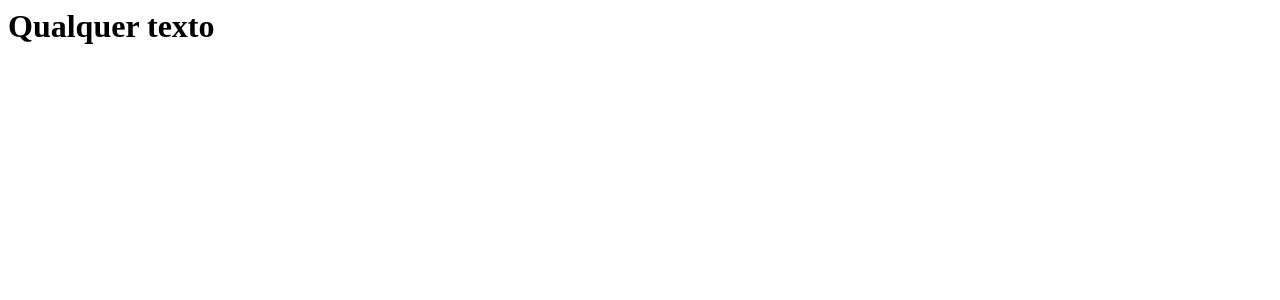
Repository: geracao-11/aula01
Page: index.html
An editor plug-in stored every save of this project. The page is shown before and after the next save, followed by the edit.
The browser window is 1280 px wide. The pictures show the whole page.

Above is the page before, as saved 2025-04-02 08:50:59.

After the next save:
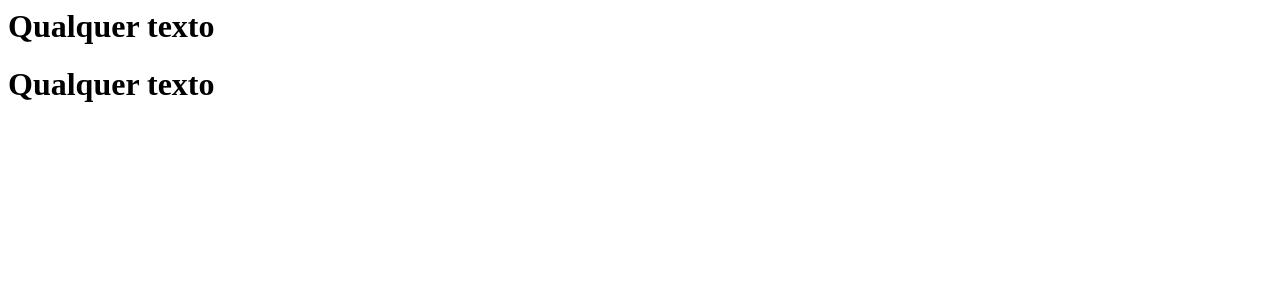
Saved 8 s later.
--- a/index.html
+++ b/index.html
@@ -1 +1,2 @@
 <h1>Qualquer texto</h1>
+<h1>Qualquer texto</h1>
